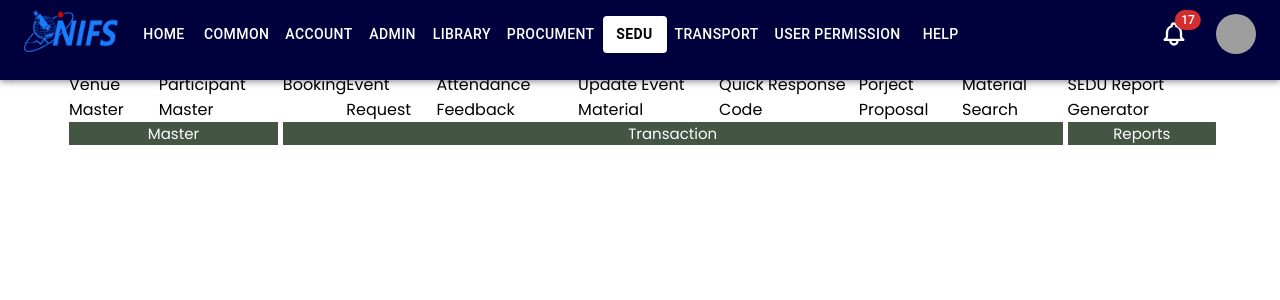
Repository: virangaj/NIFS-WebApp
Page: /sedu (app in client/)
An editor plug-in stored every save of this project. The page is shown before and after the next save, followed by the edit.
The browser window is 1280 px wide. The pictures show the whole page.
Pictures or frames that could not be fetched are drawn as grey boxes. The project was rebuilt for these pictures with package versions that can differ from the ones it lists, and the page was loaded fresh each time. Also part of the build but not shown: client/src/pages/Login.tsx, client/src/pages/Home.tsx, client/src/components/Transport/shared/TransportNavbar.js, client/src/pages/TransportMainPage.tsx, client/src/pages/CommonMainPage.tsx, client/src/pages/AccountMainPage.tsx, client/src/pages/AdminMainPage.tsx, client/src/pages/LibraryMainPage.js and 4 more.

Above is the page before, as saved 2022-07-27 00:47:19.

After the next save:
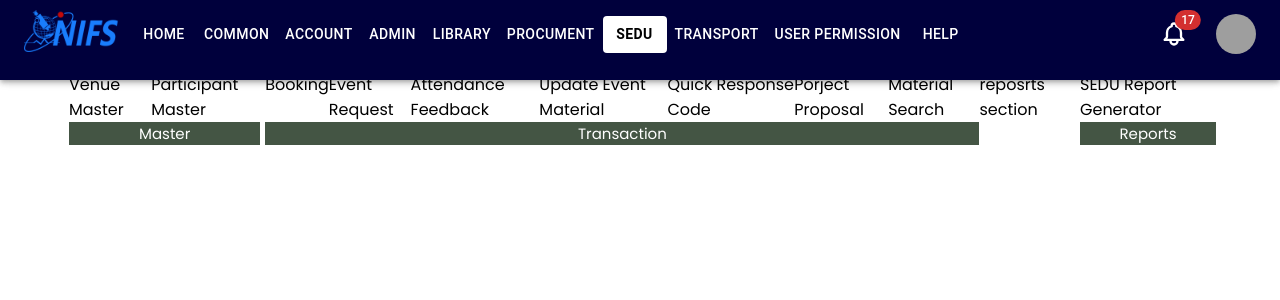
Saved 11 s later.
--- a/client/src/components/sedu/SeduSecondaryNavbar.tsx
+++ b/client/src/components/sedu/SeduSecondaryNavbar.tsx
@@ -33,11 +33,10 @@
                     <p className='nav-title'>Transaction</p>
                 </div>
             </div>
+            reposrts section
             <div className='nav-flex-inside'>
-
                 <div className='nav-flex-section'>
                     <p className='nav-link'>SEDU Report Generator</p>
-
                 </div>
                 <div className='nav-title-section'>
                     <p className='nav-title'>Reports</p>

After the save that followed:
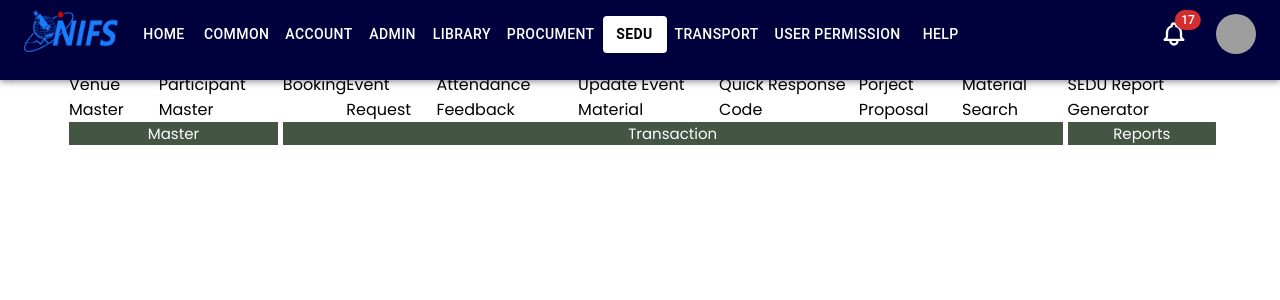
Saved 8 s later.
--- a/client/src/components/sedu/SeduSecondaryNavbar.tsx
+++ b/client/src/components/sedu/SeduSecondaryNavbar.tsx
@@ -33,7 +33,7 @@
                     <p className='nav-title'>Transaction</p>
                 </div>
             </div>
-            reposrts section
+            {/* reposrts section */}
             <div className='nav-flex-inside'>
                 <div className='nav-flex-section'>
                     <p className='nav-link'>SEDU Report Generator</p>
